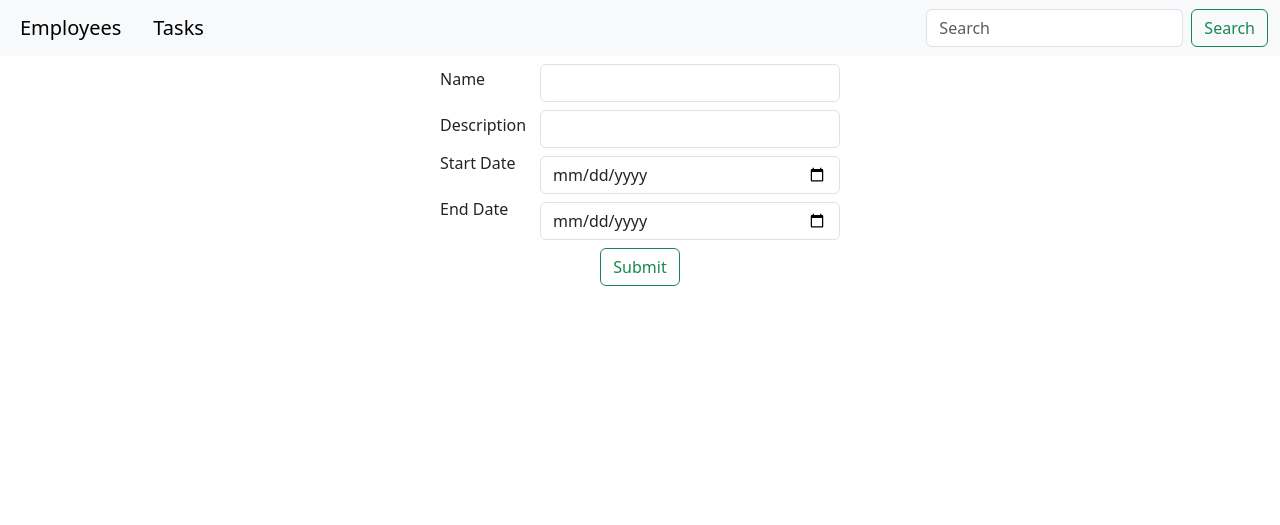
Repository: RaffiBarseghyan/employees
Page: /tasks
An editor plug-in stored every save of this project. The page is shown before and after a run of saves, followed by the edit.
The browser window is 1280 px wide. The pictures show the whole page.
The project was rebuilt for these pictures with package versions that can differ from the ones it lists, and the page was loaded fresh each time. Some packages were replaced by stand-ins written for this rebuild. Also part of the build but not shown: src/App.css, src/Pages/Employees/employees.module.scss, src/Pages/UpDel/upDel.module.scss, src/Pages/UpDel/delete.jsx, src/Pages/Employees/employees.jsx, src/Pages/UpDel/update.jsx.

Above is the page before, as saved 2023-06-15 21:41:46.

### src/App.jsx
import "./App.css";
import Header from "./Pages/Header/header";
import { BrowserRouter, Routes, Route } from "react-router-dom";
import "bootstrap/dist/css/bootstrap.css";
import Employees from "./Pages/Employees/employees";
import Tasks from "./Pages/Tasks/tasks";
import Update from "./Pages/UpDel/update";

function App() {
  return (
    <>
      <BrowserRouter>
        <Header />

        <Routes>
          <Route path="/employees" element={<Employees />} />

          <Route path="/tasks" element={<Tasks />} />
          <Route path="/update" element={<Update />} />
        </Routes>
      </BrowserRouter>
    </>
  );
}

export default App;

### src/Pages/Header/header.jsx
import { Link } from "react-router-dom";
import style from "./header.module.scss";

function Header() {
  return (
    <>
      <nav className="navbar navbar-expand-lg bg-body-tertiary">
        <div className="container-fluid">
          <button
            className="navbar-toggler"
            type="button"
            data-bs-toggle="collapse"
            data-bs-target="#navbarSupportedContent"
            aria-controls="navbarSupportedContent"
            aria-expanded="false"
            aria-label="Toggle navigation"
          >
            <span className="navbar-toggler-icon"></span>
          </button>
          <div className="collapse navbar-collapse" id="navbarSupportedContent">
            <ul className="navbar-nav me-auto mb-2 mb-lg-0">
              <li className="nav-item">
                <Link className={`nav-link navbar-brand active ${style.linkStyle}`} to="/employees">
                  Employees
                </Link>
              </li>
              <li className="nav-item">
                <Link
                  className={`nav-link navbar-brand ${style.linkStyle}`}
                  to="/tasks"
                >
                  Tasks
                </Link>
              </li>
            </ul>
            <form className="d-flex" role="search">
              <input
                className="form-control me-2"
                type="search"
                placeholder="Search"
                aria-label="Search"
              />
              <button className="btn btn-outline-success" type="submit">
                Search
              </button>
            </form>
          </div>
        </div>
      </nav>
    </>
  );
}

export default Header;

### src/Pages/Tasks/tasks.jsx
import style from "./tasks.module.scss";

function Tasks() {
  return (
    <>
      <form
        action="https://rocky-temple-83495.herokuapp.com/tasks"
        method="post"
        target="_blank"
        className={`${style.employeeForm} container`}
      >
        <label htmlFor="name">
          Name
          <input
            className="form-control mt-2 "
            type="text"
            id="name"
            name="name"
          />
        </label>

        <label htmlFor="description">
          Description
          <input
            className="form-control mt-2"
            type="text"
            id="description"
            name="description"
          />
        </label>

        <label htmlFor="startDate">
          <p>Start Date </p>
          <input
            className="form-control mt-2"
            type="date"
            id="startDate"
            name="startDate"
            placeholder="startDate"
          />
        </label>

        <label htmlFor="endDate">
          <p> End Date</p>
          <input
            className="form-control mt-2"
            type="date"
            id="endDate"
            name="endDate"
            placeholder="endDate"
          />
        </label>

        <input
          className="btn btn-outline-success mt-2"
          type="submit"
          value="Submit"
        />
      </form>
    </>
  );
}

export default Tasks;

### src/Pages/Tasks/tasks.module.scss
.employeeForm{
    width: 500px;
    display: flex;
    flex-direction: column;
    align-items: center;
    >label{
        width: 400px;
        display: flex;
        align-items: center;
        flex-direction: row;
        >input{
            width: 300px;
            margin-left: auto;

        }
    }

}

Loaded but not shown: src/index.js (common file); src/index.css (common file); src/reportWebVitals.js (common file); src/Pages/Header/header.module.scss (no stored copy; drawn as an empty file)

After the next 4 saves:
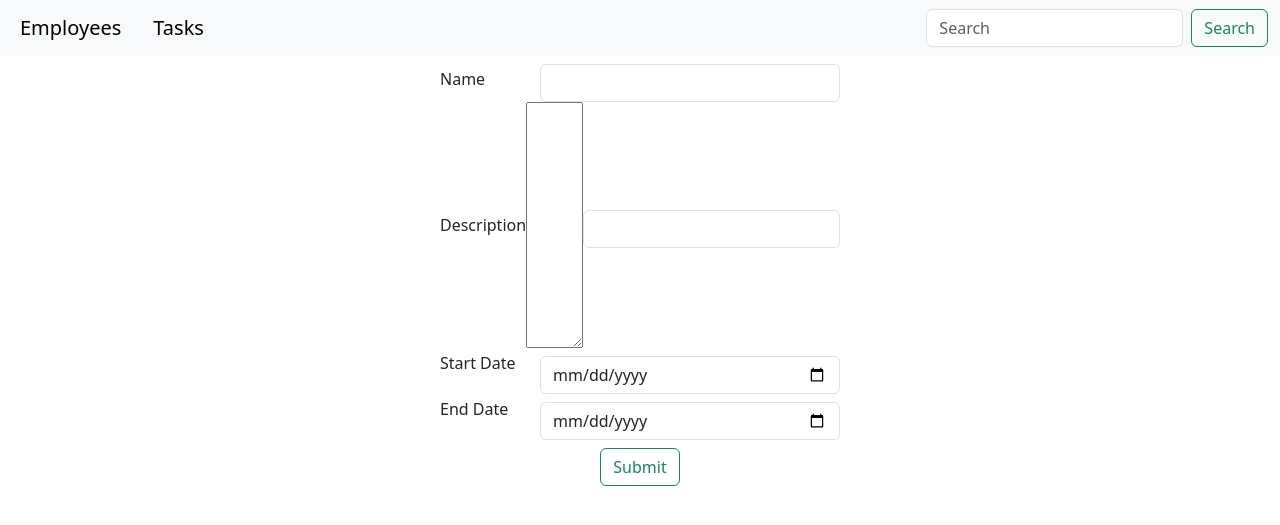
The 4 saves are shown as one change because they came seconds apart.
The last was saved 21 s later.
--- a/src/Pages/Tasks/tasks.jsx
+++ b/src/Pages/Tasks/tasks.jsx
@@ -21,6 +21,9 @@ function Tasks() {
 
         <label htmlFor="description">
           Description
+          <textarea name="" id="" cols="30" rows="10">
+
+          </textarea>
           <input
             className="form-control mt-2"
             type="text"
